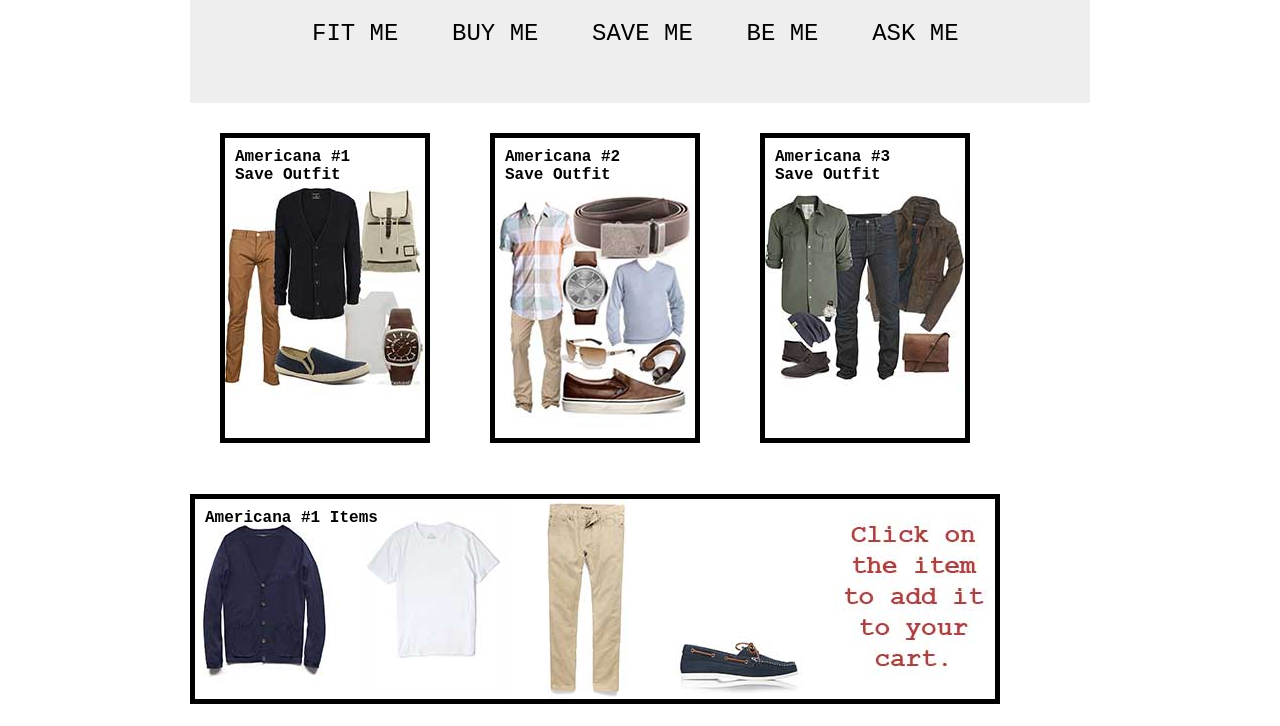
Repository: kesquili/kesquili.github.io
Page: fitin/buyme_americana.html
The author's editor kept a record of every edit. The page is drawn from the files as they stood at one moment, then again after the next edit.
The browser window is 1280 px wide. The pictures show the whole page.

Above is the page before.

### fitin/buyme_americana.html
<!doctype html>
<html>
<head>
<meta charset="UTF-8">
<title>FitIn</title>
<link href="styles.css" rel="stylesheet" type="text/css">
</head>
<body>
    <div class="wrapper">
        <nav>
        <ul>
         <li><a href="fitme.html">FIT ME</a></li>
         <li><a href="buyme_americana.html">BUY ME</a></li>
         <li><a href="saveme.html">SAVE ME</a></li>
         <li><a href="beme.html">BE ME</a></li>
         <li><a href="askme.html">ASK ME</a></li>
        </ul>
        </nav>
        <br>
        <br>
        <div class="results">
            <h4 id="americana3"><div class="text">Americana #1 <br> <a href="saveme.html">Save Outfit</a></div></h4>
            <h4 id="americana2"><div class="text">Americana #2 <br> <a href="saveme.html">Save Outfit</a></div></h4>
            <h4 id="americana1"><div class="text">Americana #3 <br> <a href="saveme.html">Save Outfit</a></div></h4>
        </div>
        <div class="breakdown">
            <h4 id="americana"><div class="text">Americana #1 Items</div></h4>
        </div>
    </div>
<script type="text/javascript" src="jquery-1.11.2.min.js"></script>
<script type="text/javascript" src="script.js"></script>

</body>
</html>

### fitin/styles.css
@charset "UTF-8";
/* CSS Document */

body {
font: 14px;
font-style: bold;
font-family: "Courier New", Courier;
margin: 0;
padding: 0;
}

.wrapper {
	width: 900px;
	margin: 0 auto;
	background-color: #eee;
	height: 100%;
}
nav {
    width: 700px;
    margin: 0 auto;
    padding: 20px;
}
nav a{
    color: black;
    text-decoration: none;
    font-size: 24px;
    margin: 10px 20px;
    border: 2px solid transparent;
}
nav a:hover {
	color: #9C0310;
	border: 2px dotted #9C0310;
}

ul{
    list-style-type: none;
    margin: 0;
    padding: 0;
}

li{
    display: inline;
}

.form{
    margin: 0 auto;
}

.form h4{
    font-size: 20px;
}

.text {
	position: relative;
	top: 10px;
	left: 10px;
}

.results a{
	text-decoration: none;
	color: black;
}

.results h4:hover {
	background-position: 0px auto;
	background-position: 200px 0%;
}
.results #hipster1{
	border: 5px;
	border-color: black;
	border-style: solid;
	margin: 30px;
	width: 200px;
	height: 300px;
	float: left;
	background-image: url(Images/hipstersprite1.jpg);
}
.results #hipster2{
	border: 5px;
	border-color: black;
	border-style: solid;
	margin: 30px;
	width: 200px;
	height: 300px;
	float: left;
	background-image: url(Images/hipstersprite2.jpg);
}
.results #hipster3{
	border: 5px;
	border-color: black;
	border-style: solid;
	margin: 30px;
	width: 200px;
	height: 300px;
	float: left;
	background-image: url(Images/hipstersprite3.jpg);
}

.breakdown #hipster {
	border: 5px solid #060606;
	width: 800px;
	height: 200px;
	margin: 30px;
	display: none;
	background-image: url(Images/hipsterbreakdown1.jpg);
}
.breakdown #hipster:hover {
	border: 5px solid #060606;
	width: 800px;
	height: 200px;
	margin: 30px;
	display: block;
	background-image: url(Images/hipsterbreakdown2.jpg);
}


.results #urban1{
	border: 5px;
	border-color: black;
	border-style: solid;
	margin: 30px;
	width: 200px;
	height: 300px;
	float: left;
	background-image: url(Images/urbansprite1.jpg);
}
.results #urban2{
	border: 5px;
	border-color: black;
	border-style: solid;
	margin: 30px;
	width: 200px;
	height: 300px;
	float: left;
	background-image: url(Images/urbansprite2.jpg);
}
.results #urban3{
	border: 5px;
	border-color: black;
	border-style: solid;
	margin: 30px;
	width: 200px;
	height: 300px;
	float: left;
	background-image: url(Images/urbansprite3.jpg);
}

.breakdown #urban {
	background-image: url(Images/urbanbreakdown1.jpg);
	width: 800px;
	height: 200px;
	display: none;
}
.breakdown #urban:hover  {
	background-image: url(Images/urbanbreakdown2.jpg);
}

.results #americana3{
	border: 5px;
	border-color: black;
	border-style: solid;
	margin: 30px;
	width: 200px;
	height: 300px;
	float: left;
	background-image: url(Images/americanasprite3.jpg);
}
.results #americana2{
	border: 5px;
	border-color: black;
	border-style: solid;
	margin: 30px;
	width: 200px;
	height: 300px;
	float: left;
	background-image: url(Images/americanasprite2.jpg);
}
.results #americana1{
	border: 5px;
	border-color: black;
	border-style: solid;
	margin: 30px;
	width: 200px;
	height: 300px;
	float: left;
	background-image: url(Images/americanasprite1.jpg);
}

.breakdown #americana{
	width: 800px;
	height: 200px;
	border: 5px;
	border-color: black;
	border-style: solid;
	float: left;
	position: relative;
	background-image: url(Images/americanabreakdown1.jpg);
}
.breakdown #americana:hover {
	width: 800px;
	height: 200px;
	border: 5px;
	border-color: black;
	border-style: solid;
	float: left;
	position: relative;
	background-image: url(Images/americanabreakdown2.jpg);
}

.breakdown h4{
	border: 5px;
	border-color: black;
	border-style: solid;
	float: left;
	position: relative;
}

.sideimage {
	border: 10px solid black;
	width: 300px;
	height: 460px;
	float: left;
	margin-right: 12px;
	background-image: url(Images/Ask-Me.jpg);
}

.signup{
    margin-left: 20px;
    float: left;
}

.sell{
    display: block;
    float: left;
    max-width: 500px;
    min-width: 400px;
}

h6{
    font-size: 12px;
    font-family: Helvetica, sans-serif;
    padding: 0;
    display: inline-block;
    width: 120px;
    text-align: right;
    margin: 5px 0;
}

input {
    background-color: red;
    color: white;
    border: none;
    outline: none;
}

.closet {
	margin-left: auto;
	margin-right: auto;
	display: block;
	position: relative;
	/* [disabled]clear: both; */
}
.closet h4{
	border: 5px;
	border-color: black;
	border-style: solid;
	margin-top: 30px;
	margin-right: 30px;
	margin-left: 30px;
	margin-bottom: 30px;
	width: 200px;
	height: 300px;
	float: left;
}
.closet #closet1 {
	margin-left: auto;
	margin-right: auto;
	display: block;
	position: relative;
	/* [disabled]clear: both; */
	background-image: url(Images/americanasprite3.jpg);
}
.closet #closet2 {
	margin-left: 30px;
	margin-right: 30px;
	display: block;
	position: relative;
	/* [disabled]clear: both; */
	background-image: url(Images/hipstersprite3.jpg);
}
.closet #closet3 {
	margin-left: 30px;
	margin-right: 30px;
	display: block;
	position: relative;
	/* [disabled]clear: both; */
	background-image: url(Images/closet3.jpg);
}
.closet #closet4 {
	margin-left: 30px;
	margin-right: 30px;
	display: block;
	position: relative;
	/* [disabled]clear: both; */
	background-image: url(Images/closet4.jpg);
}
.closet #closet5 {
	margin-left: 30px;
	margin-right: 30px;
	display: block;
	position: relative;
	/* [disabled]clear: both; */
	background-image: url(Images/closet5.jpg);
}

.form form a {
	text-decoration: none;
	color: #9C0310;
	font-family: Courier New, Courier;
	font-weight: bold;
}

### fitin/script.js

 $("#americana3").click(function(){
        $("#americana").toggle();
});


$("#urban2").click(function(){
        $("#urban").toggle();
});

$("#hipster3").click(function(){
        $("#hipster").toggle();
});

Loaded but not shown: fitin/jquery-1.11.2.min.js (library)

After the next edit:
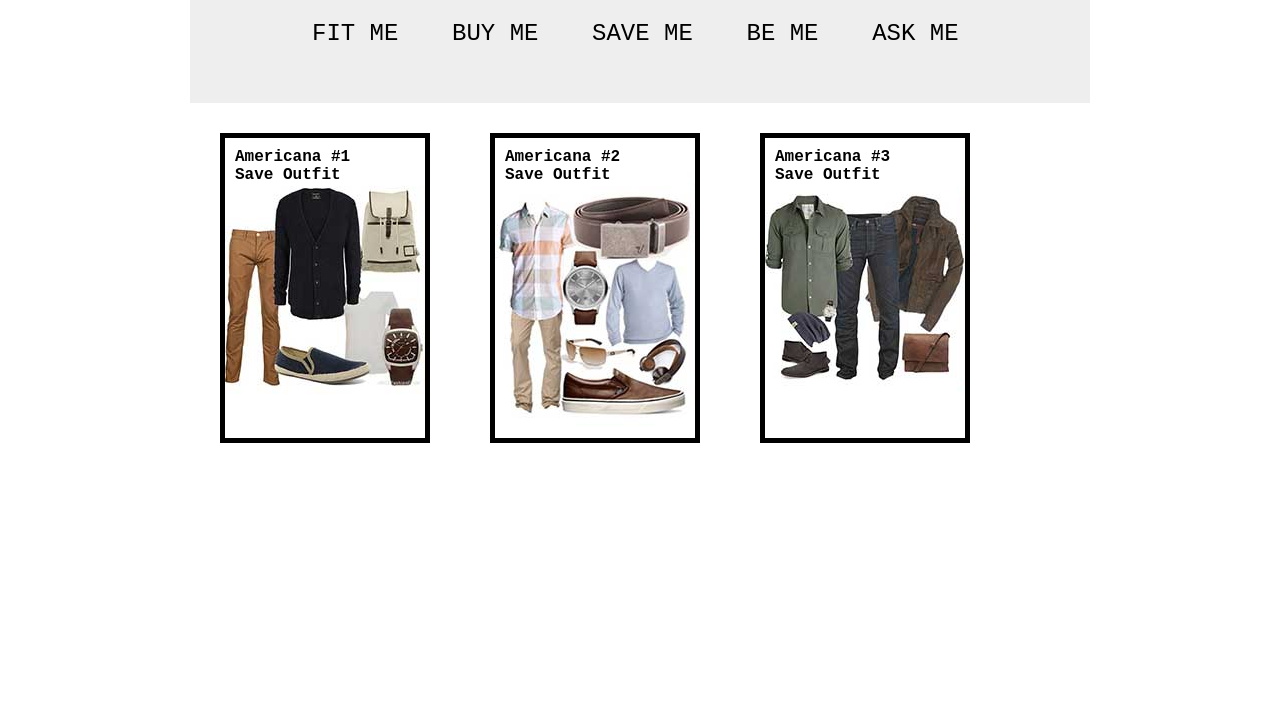
The edit:
--- a/fitin/styles.css
+++ b/fitin/styles.css
@@ -193,7 +193,7 @@
 	border-color: black;
 	border-style: solid;
 	float: left;
-	position: relative;
+	display: none;
 	background-image: url(Images/americanabreakdown1.jpg);
 }
 .breakdown #americana:hover {

After the 2 edits that followed:
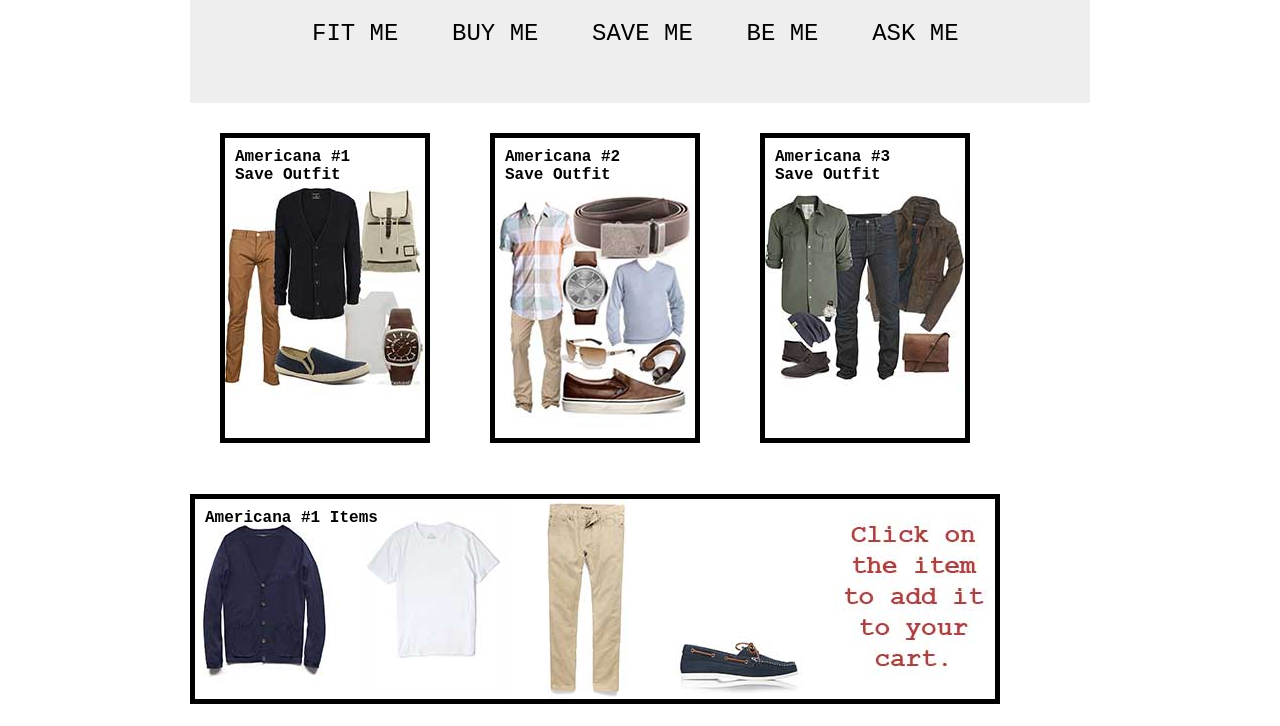
The 2 edits are shown as one change because 1 left the picture as it was.
The edit:
--- a/fitin/styles.css
+++ b/fitin/styles.css
@@ -193,7 +193,6 @@
 	border-color: black;
 	border-style: solid;
 	float: left;
-	display: none;
 	background-image: url(Images/americanabreakdown1.jpg);
 }
 .breakdown #americana:hover {
@@ -203,7 +202,6 @@
 	border-color: black;
 	border-style: solid;
 	float: left;
-	position: relative;
 	background-image: url(Images/americanabreakdown2.jpg);
 }
 
